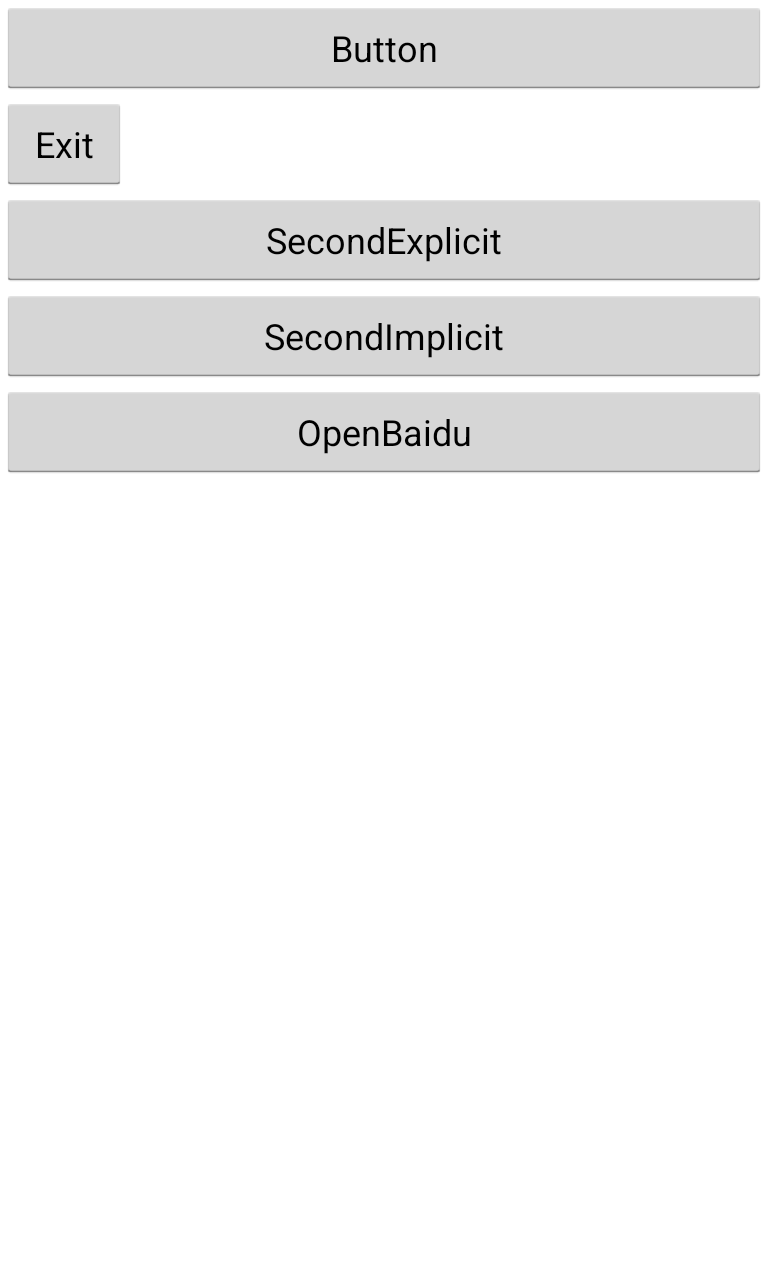
Repository: GUNDAMR/firstcode_android
Layout: C2ActivityTest/res/layout/first_layout.xml
These files come from the project's save history. The layout is drawn as it stood at one moment and after the next save; the edit follows.
It is drawn on a 768 x 1280 px phone screen (xhdpi) without system bars, with theme AppTheme; the app's code is not run.

Above is the layout before, as saved 2014-12-09 03:33:05.

### C2ActivityTest/res/layout/first_layout.xml
<?xml version="1.0" encoding="utf-8"?>
<LinearLayout xmlns:android="http://schemas.android.com/apk/res/android"
    android:layout_width="match_parent"
    android:layout_height="match_parent"
    android:orientation="vertical" >

    <Button
        android:id="@+id/button2"
        android:layout_width="match_parent"
        android:layout_height="wrap_content"
        android:text="Button" />

    <Button
        android:id="@+id/button_exit"
        android:layout_width="wrap_content"
        android:layout_height="wrap_content"
        android:text="Exit" />

    <Button
        android:id="@+id/btn_second_explicit"
        android:layout_width="match_parent"
        android:layout_height="wrap_content"
        android:text="SecondExplicit" />

    <Button
        android:id="@+id/btn_second_implicit"
        android:layout_width="match_parent"
        android:layout_height="wrap_content"
        android:text="SecondImplicit" />

    <Button
        android:id="@+id/btn_web"
        android:layout_width="match_parent"
        android:layout_height="wrap_content"
        android:text="OpenBaidu" />

</LinearLayout>

Loaded but not shown: C2ActivityTest/res/values/styles.xml (common file); C2ActivityTest/res/values-v11/styles.xml (common file); C2ActivityTest/res/values-v14/styles.xml (common file)

After the next save:
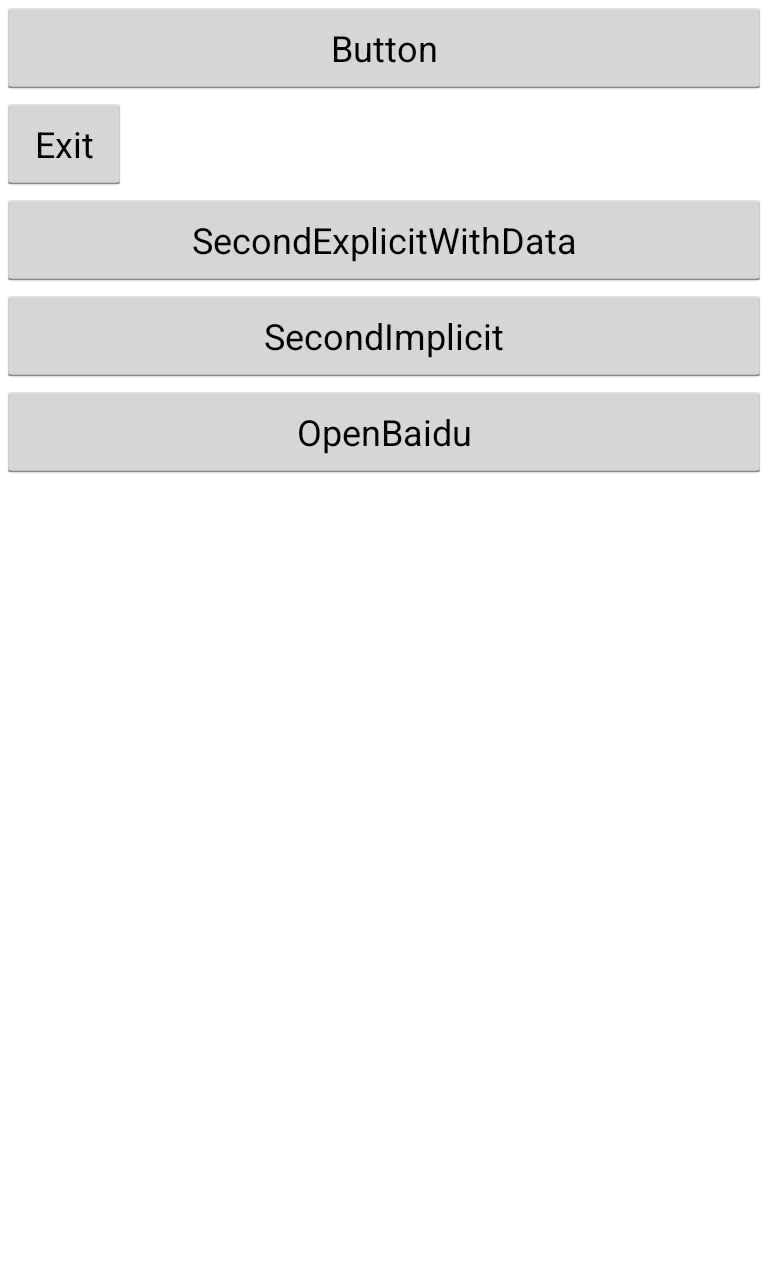
Saved 8 s later.
--- a/C2ActivityTest/res/layout/first_layout.xml
+++ b/C2ActivityTest/res/layout/first_layout.xml
@@ -20,7 +20,7 @@
         android:id="@+id/btn_second_explicit"
         android:layout_width="match_parent"
         android:layout_height="wrap_content"
-        android:text="SecondExplicit" />
+        android:text="SecondExplicitWithData" />
 
     <Button
         android:id="@+id/btn_second_implicit"
